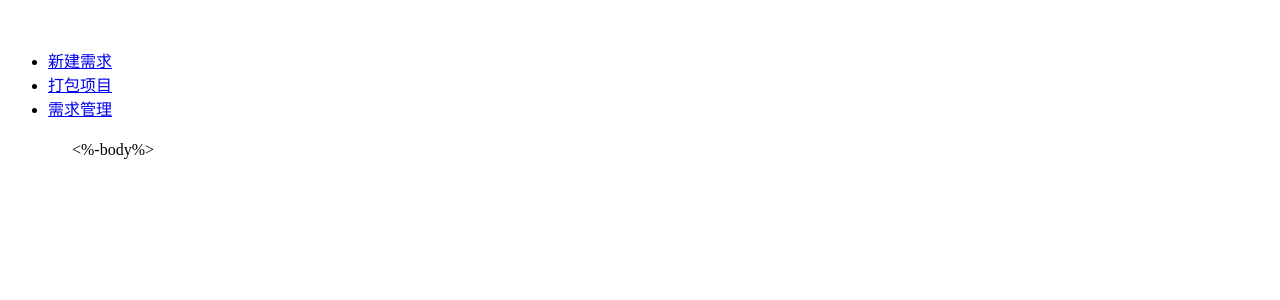
Repository: wt0528/miniprogram-center
Page: src/views/navLayout.html
The author's editor kept a copy of each file at every save. The page is drawn from the files as they stood at one save, then again after the next save.
The browser window is 1280 px wide. The pictures show the whole page.

Above is the page before, as saved 2020-08-26 17:45:27.

After the next save:
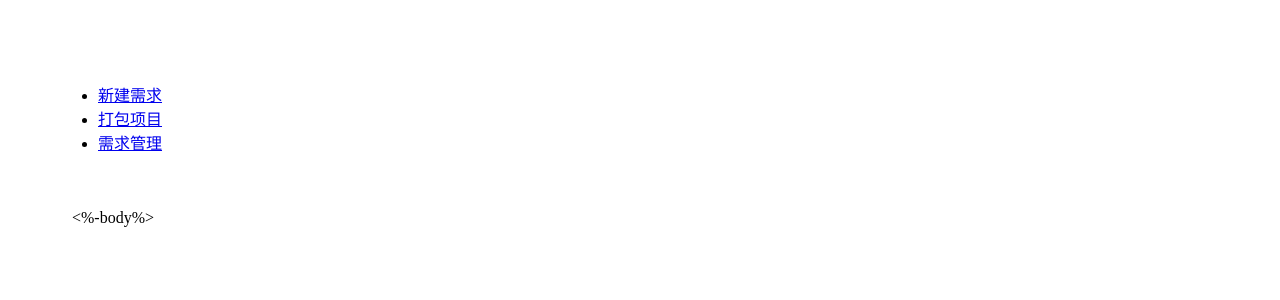
Saved 95 s later.
--- a/src/views/navLayout.html
+++ b/src/views/navLayout.html
@@ -2,7 +2,7 @@
 　　<html>
 　　<head>
 　　　　<title></title>
-　　　　<link rel=’stylesheet’ href=’../asstets/style/navLayout.css’ />
+　　　　<link rel="stylesheet" href="../asstets/style/navLayout.css"/>
 　　</head>
 　　<body>
 　　　　<ul class="nav-ul">

After the 2 saves that followed:
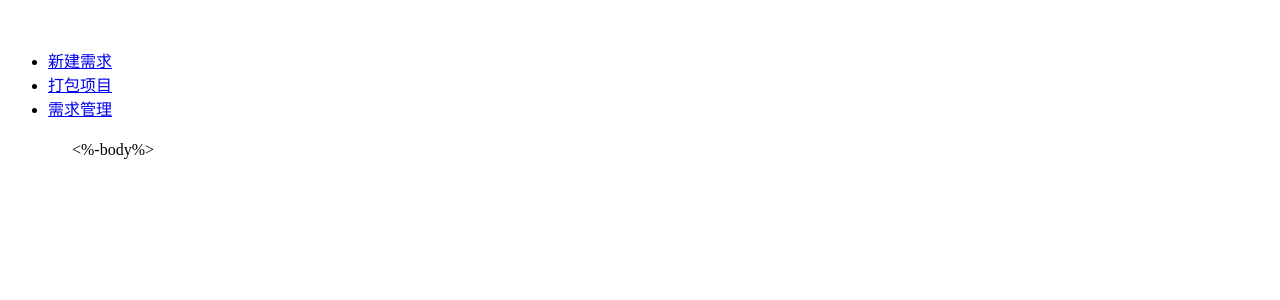
Not found: src/views/style/navLayout.css
The 2 saves are shown as one change because 1 left the picture as it was.
The last was saved 6 min 6 s later.
--- a/src/views/navLayout.html
+++ b/src/views/navLayout.html
@@ -2,7 +2,7 @@
 　　<html>
 　　<head>
 　　　　<title></title>
-　　　　<link rel="stylesheet" href="../asstets/style/navLayout.css"/>
+　　　　<link rel="stylesheet" type="text/css" href="./style/navLayout.css"/>
 　　</head>
 　　<body>
 　　　　<ul class="nav-ul">
